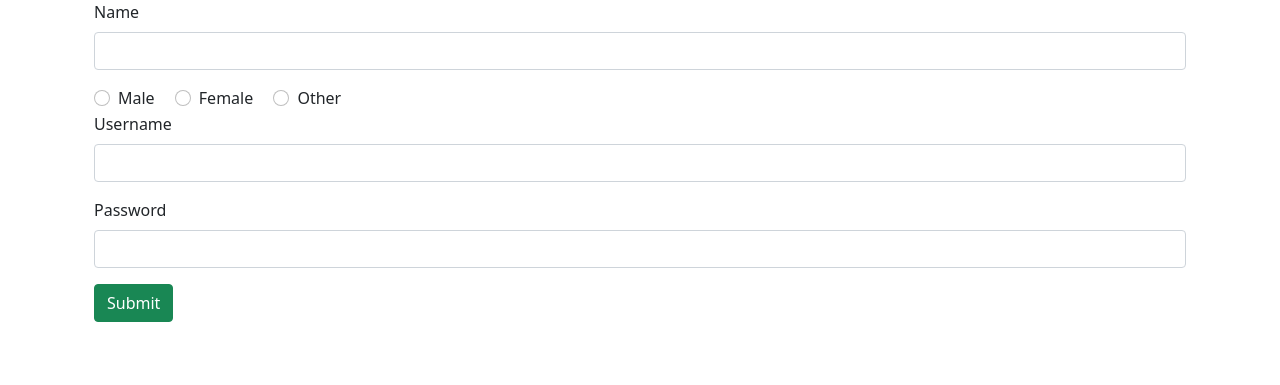
Repository: Raj-Patoliya/Sem-2-JWT
Page: http://localhost/Question_10/Registration.jsp
The author's editor kept a copy of each file at every save. The page is drawn from the files as they stood at one save, then again after the next save.
The browser window is 1280 px wide. The pictures show the whole page.
The page is served by Tomcat 9.

Above is the page before, as saved 2022-06-28 09:51:44.

After the next save:
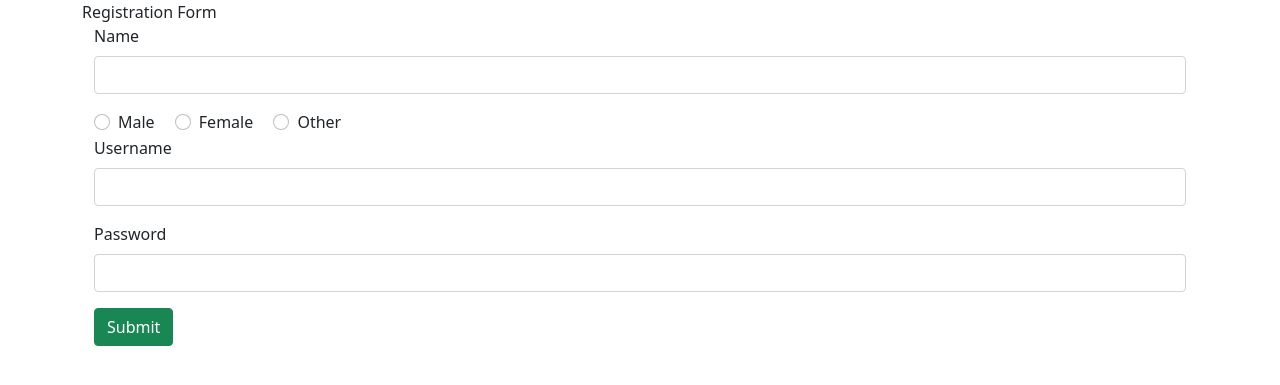
Saved 75 s later.
--- a/Question 10/src/main/webapp/Registration.jsp
+++ b/Question 10/src/main/webapp/Registration.jsp
@@ -12,7 +12,9 @@
 	crossorigin="anonymous">
 </head>
 <body>
+
 	<div class="container">
+		<div>Registration Form</div>
 		<div class="container md-2">
 			<form action="MyDBProject" method="post">
 				<div class="mb-3">
